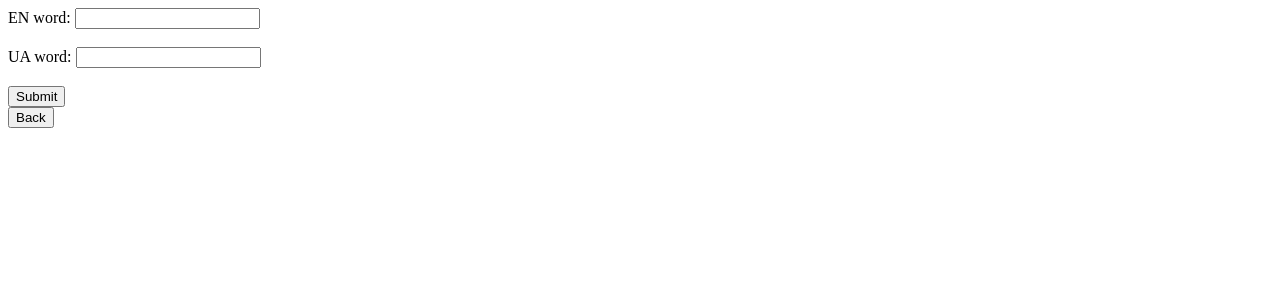
Repository: OleksandrDoskaliukKN313/IIC
Page: WebDictionary/WebContent/inputForm.html
The author's editor kept a copy of each file at every save. The page is drawn from the files as they stood at one save, then again after the next save.
The browser window is 1280 px wide. The pictures show the whole page.

Above is the page before, as saved 2020-10-12 10:18:05.

### WebDictionary/WebContent/inputForm.html
<!DOCTYPE html>
<html>
<head>
<meta charset="UTF-8">
<title>Input Form</title>
</head>
<body>
<form action="addWord.jsp">
    EN word: <input name="en" />
    <br><br>
    UA word: <input name="ua" />
    <br></br>
    <input type="submit" value="Submit" />

</form>
 <button onclick="location.href='index.html'">Back</button>
</body>
</html>

After the next save:
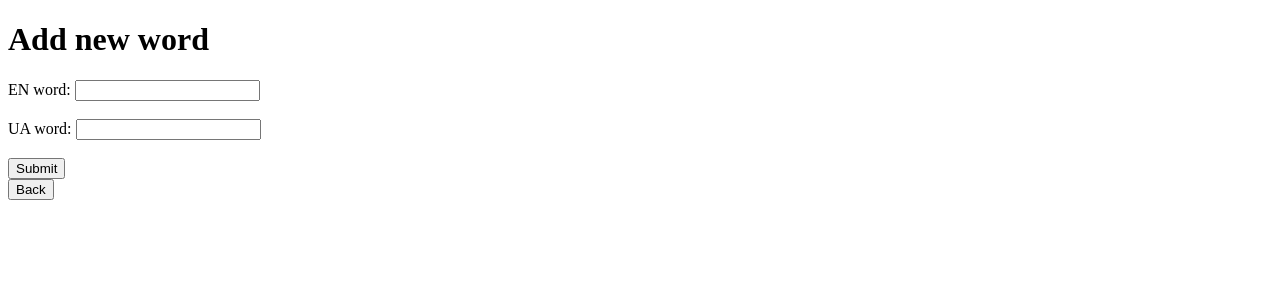
Saved 32 s later.
--- a/WebDictionary/WebContent/inputForm.html
+++ b/WebDictionary/WebContent/inputForm.html
@@ -5,6 +5,10 @@
 <title>Input Form</title>
 </head>
 <body>
+<div class="w3-container w3-blue-grey w3-opacity w3-left-align 	">
+        <h1 class = "w3-xxxlarge">Add new word</h1>
+    </div>
+<div class = "w3-xlarge w3-container w3-center">
 <form action="addWord.jsp">
     EN word: <input name="en" />
     <br><br>
@@ -13,6 +17,7 @@
     <input type="submit" value="Submit" />
 
 </form>
+</div>
  <button onclick="location.href='index.html'">Back</button>
 </body>
 </html>
